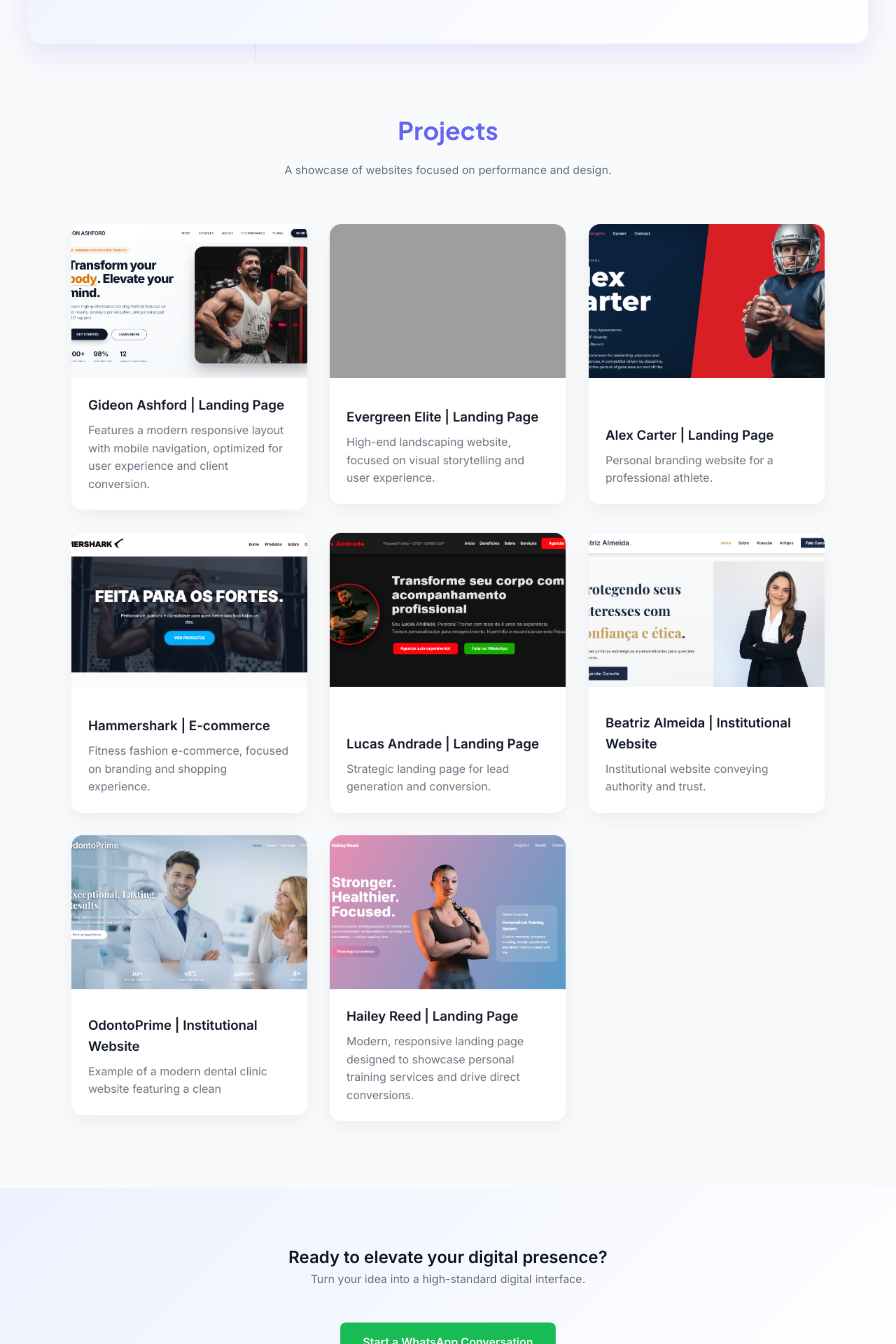
Repository: davidfsillva/portifolio
Page: index.html
An editor plug-in stored every save of this project. The page is shown before and after the next save, followed by the edit.
The browser window is 1280 px wide. The pictures show the part of the page from y = 1163 to 3083 px (the page is 3385 px tall), at 70% of full size.
Pictures or frames that could not be fetched are drawn as grey boxes.

Above is the page before, as saved 2026-02-18 21:26:01.
Console error: TypeError: Cannot read properties of null (reading 'addEventListener')

### index.html
<!DOCTYPE html>
<html lang="en">
<head>
    <meta charset="UTF-8">
    <meta name="viewport" content="width=device-width, initial-scale=1.0">

    <title>David Ferreira | Front-end Developer & Premium UI Designer</title>

    <!-- Primary SEO -->
    <meta name="description" content="David Ferreira is a front-end developer specialized in premium interfaces, high-conversion landing pages, and modern digital experiences.">
    <meta name="keywords" content="Front-end Developer, Web Designer, UI Designer, Landing Page, Web Development, Freelancer Brazil">
    <meta name="author" content="David Ferreira">
    <meta name="robots" content="index, follow">
    <link rel="canonical" href="https://davidfsillva.github.io/portifolio/">

    <!-- Open Graph (Facebook, LinkedIn) -->
    <meta property="og:title" content="David Ferreira | Premium Front-end Developer">
    <meta property="og:description" content="High-standard digital interfaces focused on performance and conversion.">
    <meta property="og:image" content="https://yourdomain.com/preview.jpg">
    <meta property="og:url" content="https://davidfsillva.github.io/portifolio/">
    <meta property="og:type" content="website">

    <!-- Twitter Card -->
    <meta name="twitter:card" content="summary_large_image">
    <meta name="twitter:title" content="David Ferreira | Web Developer">
    <meta name="twitter:description" content="Premium web development focused on performance and modern design.">
    <meta name="twitter:image" content="https://yourdomain.com/preview.jpg">

    <!-- Favicon -->
    <link rel="icon" href="img/icon.png" type="image/x-icon">

    <!-- Fonts -->
    <link href="https://fonts.googleapis.com/css2?family=Inter:wght@300;400;600&family=Plus+Jakarta+Sans:wght@700;800&display=swap" rel="stylesheet">

    <!-- Font Awesome -->
    <link rel="stylesheet" href="https://cdnjs.cloudflare.com/ajax/libs/font-awesome/6.5.0/css/all.min.css" integrity="sha512-..." crossorigin="anonymous" referrerpolicy="no-referrer" />

    <link rel="stylesheet" href="style.css">
</head>

<body>

    <!-- NAVBAR -->
    <nav class="navbar">
        <div class="logo"><a href="#">David | Web Developer<span>.</span></a></div>

        <ul class="nav-links">
            <li><a href="#about">About</a></li>
            <li><a href="#portfolio">Projects</a></li>
            <li><a href="#contact" class="btn-sm">Contact</a></li>
        </ul>
    </nav>

    <!-- HERO -->
    <section class="hero">
        <div class="hero-content">
            <h1>Creating high-level digital <span> with code experiences</span></h1>
            <p>Front-end developer specialized in high-standard interfaces and landing pages focused on results.</p>
            <div class="hero-btns">
                <a href="#portfolio" class="btn-primary">See Projects</a>
                <a href="#contact" class="btn-secondary">Let's Talk</a>
            </div>
        </div>
        <div class="hero-visual">
            <div class="hero-glow"></div>
        </div>
    </section>

    <!-- ABOUT -->
    <section id="about" class="section">
        <h2>About Me</h2>
        <p>I'm David Ferreira, a Front-end developer focused on creating modern, functional websites with premium interfaces. I work with HTML, CSS, JavaScript, and React, prioritizing performance, design, and user experience.</p>
        <p>My goal is to help businesses and professionals stand out digitally through websites that convey trust and deliver real results.</p>
    </section>

    <!-- PORTFOLIO -->
    <section id="portfolio" class="portfolio">
        <div class="section-header">
            <h2>Projects</h2>
            <p>A showcase of websites focused on performance and design.</p>
        </div>
        <div class="portfolio-grid">

                                    <!--Project 8-->
            <a href="https://davidfsillva.github.io/Gideon-Ashford/" target="_blank" class="project-link">
                <div class="project-card">
                    <div class="card-image">
                        <img src="img/gideon.png" alt="Gideon Ashford">
                        <div class="card-overlay"><span>View Details</span></div>
                    </div>
                    <div class="card-info">
                        <h3>Gideon Ashford | Landing Page</h3>
                        <p>Features a modern responsive layout with mobile navigation, optimized for user experience and client conversion.</p>
                    </div>
                </div>
            </a>

            <!-- Project 6 -->
            <a href="https://davidfsillva.github.io/Evergreen-Elite-Landscaping/" target="_blank" class="project-link">
                <div class="project-card">
                    <div class="card-image">
                        <img src="img/lndg.png" alt="Alex Carter Project">
                        <div class="card-overlay"><span>View Details</span></div>
                    </div>
                    <div class="card-info">
                        <h3>Evergreen Elite | Landing Page</h3>
                        <p>High-end landscaping website, focused on visual storytelling and user experience.</p>
                    </div>
                </div>
            </a>

            <!-- Project 1 -->
            <a href="https://davidfsillva.github.io/Alex-Carter/" target="_blank" class="project-link">
                <div class="project-card">
                    <div class="card-image">
                        <img src="img/alex.png" alt="Alex Carter Project">
                        <div class="card-overlay"><span>View Details</span></div>
                    </div>
                    <div class="card-info">
                        <h3>Alex Carter | Landing Page</h3>
                        <p>Personal branding website for a professional athlete.</p>
                    </div>
                </div>
            </a>

            <!-- Project 2 -->
            <a href="https://davidfsillva.github.io/e-hammershark/" target="_blank" class="project-link">
                <div class="project-card">
                    <div class="card-image">
                        <img src="img/ecomerce.png" alt="Hammershark Project">
                        <div class="card-overlay"><span>View Details</span></div>
                    </div>
                    <div class="card-info">
                        <h3>Hammershark | E-commerce</h3>
                        <p>Fitness fashion e-commerce, focused on branding and shopping experience.</p>
                    </div>
                </div>
            </a>

            <!-- Project 3 -->
            <a href="https://davidfsillva.github.io/landing-page/" target="_blank" class="project-link">
                <div class="project-card">
                    <div class="card-image">
                        <img src="img/landingpage.png" alt="Landing Page Project">
                        <div class="card-overlay"><span>View Details</span></div>
                    </div>
                    <div class="card-info">
                        <h3>Lucas Andrade | Landing Page</h3>
                        <p>Strategic landing page for lead generation and conversion.</p>
                    </div>
                </div>
            </a>

            <!-- Project 4 -->
            <a href="https://davidfsillva.github.io/beatriz-almeida-adv/" target="_blank" class="project-link">
                <div class="project-card">
                    <div class="card-image">
                        <img src="img/adv.png" alt="Beatriz Almeida Law Firm Project">
                        <div class="card-overlay"><span>View Details</span></div>
                    </div>
                    <div class="card-info">
                        <h3>Beatriz Almeida | Institutional Website</h3>
                        <p>Institutional website conveying authority and trust.</p>
                    </div>
                </div>
            </a>

                        <!-- Project 7 -->
            <a href="https://davidfsillva.github.io/OdontoPrime/" target="_blank" class="project-link">
                <div class="project-card">
                    <div class="card-image">
                        <img src="img/odonto.png" alt="Beatriz Almeida Law Firm Project">
                        <div class="card-overlay"><span>View Details</span></div>
                    </div>
                    <div class="card-info">
                        <h3>OdontoPrime | Institutional Website</h3>
                        <p>Example of a modern dental clinic website featuring a clean</p>
                    </div>
                </div>
            </a>

            <!-- Project 5 -->
            <a href="https://davidfsillva.github.io/Hailey-Reed-Coaching/" target="_blank" class="project-link">
                <div class="project-card">
                    <div class="card-image">
                        <img src="img/Hailey.png" alt="Beatriz Almeida Law Firm Project">
                        <div class="card-overlay"><span>View Details</span></div>
                    </div>
                    <div class="card-info">
                        <h3>Hailey Reed | Landing Page </h3>
                        <p>Modern, responsive landing page designed to showcase personal training services and drive direct conversions.</p>
                    </div>
                </div>
            </a>
        </div>
    </section>

    <!-- CTA / CONTACT -->
    <section id="contact" class="cta-section">
        <h2>Ready to elevate your digital presence?</h2>
        <p>Turn your idea into a high-standard digital interface.</p>
        <a href="https://wa.me/5511990242453" target="_blank" class="btn-whatsapp">Start a WhatsApp Conversation</a>
    </section>

    <!-- FOOTER -->
    <footer>
        <div class="footer-content">
            <p>&copy; 2026 David Ferreira. All rights reserved.</p>
            <div class="social-links">
                <a href="mailto:davidfsillva@icloud.com" target="_blank" rel="noopener noreferrer"><i class="fa-solid fa-envelope"></i></a>
                <a href="https://www.instagram.com/david_websites?igsh=MWdmZWJ3MW80N3JsNQ==" target="_blank" rel="noopener noreferrer"><i class="fa-brands fa-instagram"></i></a>
            </div>
        </div>
    </footer>

    <script src="scripts.js"></script>
</body>
</html>

### style.css
:root {
  --primary: #6366f1;
  --primary-light: #818cf8;
  --accent: #a855f7;
  --text-dark: #111827;
  --text-light: #6b7280;
  --bg-light: #f9fafb;
  --white: #ffffff;
  --transition: all 0.3s ease;
}

/* RESET */
* {
  margin: 0;
  padding: 0;
  box-sizing: border-box;
}

html {
  scroll-behavior: smooth;   /* já tinha */
  scroll-padding-top: 70px; /* ajuste esse valor para altura da navbar */
}


body {
  font-family: 'Inter', sans-serif;
  background: var(--bg-light);
  color: var(--text-dark);
  line-height: 1.6;
  animation: fadePage 0.8s ease-in-out;
}

@keyframes fadePage {
  from { opacity: 0; transform: translateY(10px); }
  to { opacity: 1; transform: translateY(0); }
}

/* NAVBAR */
.navbar {
  position: fixed;
  width: 100%;
  top: 0;
  padding: 1.5rem 8%;
  display: flex;
  justify-content: space-between;
  align-items: center;
  background: rgba(255,255,255,0.85);
  backdrop-filter: blur(12px);
  box-shadow: 0 4px 20px rgba(0,0,0,0.05);
  z-index: 1000;
  transition: var(--transition);
}

.logo {
  font-family: 'Plus Jakarta Sans', sans-serif;
  font-weight: 800;
  font-size: 1.4rem;
}

.logo a {
  text-decoration: none;   /* remove o sublinhado */
  color: var(--text-dark); /* cor principal da logo */
  font-weight: 800;
  font-size: 1.5rem;
}

.logo a span {
  color: var(--primary);   /* deixa apenas o ponto colorido */
}


.logo span {
  color: var(--primary);
}

.nav-links {
  display: flex;
  list-style: none;
  gap: 2rem;
}

.nav-links a {
  text-decoration: none;
  color: var(--text-light);
  font-weight: 500;
  transition: var(--transition);
}

.nav-links a:hover {
  color: var(--primary);
  transform: translateY(-2px);
}

/* HERO */
.hero {
  min-height: 100vh;
  padding: 120px 8% 80px; /* aumentei de 60px para 80px */
  display: flex;
  align-items: center;
  justify-content: space-between;
  background: linear-gradient(135deg, #eef2ff, #ffffff);
  flex-wrap: wrap;
}

.hero-content {
  max-width: 600px;
  animation: heroFade 1s ease 0.2s both;
}

@keyframes heroFade {
  from { opacity: 0; transform: translateY(40px); }
  to { opacity: 1; transform: translateY(0); }
}

.badge {
  display: inline-block;
  padding: 0.5rem 1rem;
  background: rgba(99,102,241,0.1);
  color: var(--primary);
  border-radius: 20px;
  font-size: 0.8rem;
  font-weight: 600;
  margin-bottom: 1.5rem;
}

.hero h1 {
  font-family: 'Plus Jakarta Sans', sans-serif;
  font-size: clamp(2rem, 5vw, 3.5rem);
  line-height: 1.2;
  margin-bottom: 1.5rem;
}

.hero h1 span {
  background: linear-gradient(90deg, var(--primary), var(--accent));
  -webkit-background-clip: text;
  -webkit-text-fill-color: transparent;
}

.hero p {
  font-size: 1.1rem;
  color: var(--text-light);
  margin-bottom: 2rem;
}

/* BUTTONS */
.btn-primary,
.btn-secondary,
.btn-whatsapp {
  display: inline-block;
  padding: 0.9rem 2rem;
  border-radius: 8px;
  text-decoration: none;
  font-weight: 600;
  transition: all 0.3s ease;
  position: relative;
  overflow: hidden;
}

.btn-primary {
  background: linear-gradient(90deg, var(--primary), var(--accent));
  color: white;
  box-shadow: 0 10px 25px rgba(99,102,241,0.3);
}

.btn-primary:hover {
  transform: translateY(-4px) scale(1.03);
}

.btn-primary:active {
  transform: scale(0.96);
}

.btn-primary::after {
  content: "";
  position: absolute;
  width: 200%;
  height: 200%;
  background: radial-gradient(circle, rgba(255,255,255,0.4), transparent 60%);
  top: -50%;
  left: -50%;
  opacity: 0;
  transition: opacity 0.4s ease;
}

.btn-primary:hover::after {
  opacity: 1;
}

.btn-secondary {
  border: 1px solid #e5e7eb;
  color: var(--text-dark);
  margin-left: 1rem;
  box-shadow: 0 5px 25px rgba(99,102,241,0.3);

}

.btn-secondary:hover {
  background: #f3f4f6;
  transform: translateY(-4px);
}

.btn-secondary:active {
  transform: scale(0.96);
}

.btn-whatsapp {
  background: linear-gradient(90deg, #25d366, #1ebe57);
  color: white;
  padding: 1rem 2rem;
  border-radius: 8px;
  font-weight: 600;
  transition: var(--transition);
}

.btn-whatsapp:hover {
  transform: translateY(-3px) scale(1.03);
  box-shadow: 0 8px 20px rgba(37,211,102,0.4);
}

.btn-whatsapp:active {
  transform: scale(0.96);
}

.hero-btns {
  display: flex;
  flex-wrap: wrap;
}

#about {
  text-align: center;
  max-width: 1200px;
  margin: 4rem auto 0; /* adiciona mais distância do Hero */
  padding: 6rem 8%;
  background: linear-gradient(135deg, #eef2ff 0%, #ffffff 100%);
  border-radius: 20px;
  box-shadow: 0 15px 40px rgba(99,102,241,0.15);
  position: relative;
  overflow: hidden;
}

#about::before {
  content: "";
  position: absolute;
  width: 200px;
  height: 200px;
  background: radial-gradient(circle, rgba(163,155,253,0.2), transparent 70%);
  top: -50px;
  right: -50px;
  border-radius: 50%;
  z-index: 0;
  animation: pulseGlow 6s infinite ease-in-out;
}

#about h2 {
  font-family: 'Plus Jakarta Sans', sans-serif;
  font-size: clamp(2rem, 4vw, 2.5rem);
  margin-bottom: 2rem;
  position: relative;
  z-index: 1;
  background: linear-gradient(90deg, var(--primary), var(--accent));
  -webkit-background-clip: text;
  -webkit-text-fill-color: transparent;
}

#about p {
  font-size: 1.05rem;
  line-height: 1.9;
  color: var(--text-dark);
  margin-bottom: 1.8rem;
  position: relative;
  z-index: 1;
  opacity: 0;
  transform: translateY(20px);
  animation: fadeUp 1s forwards;
  animation-delay: 0.3s;
}

/* Animação suave */
@keyframes fadeUp {
  to {
    opacity: 1;
    transform: translateY(0);
  }
}



/* HERO VISUAL */
.hero-visual {
  flex: 1;
  min-height: 400px;
  display: flex;
  justify-content: center;
  align-items: center;
}

.hero-glow {
  width: 380px;
  height: 380px;
  background: url('img/dashboard.png') no-repeat center center;
  background-size: contain;
  animation: float-rotate 8s ease-in-out infinite;
}

@keyframes float-rotate {
  0%   { transform: translateY(0px) rotate(0deg); }
  50%  { transform: translateY(-10px) rotate(3deg); }
  100% { transform: translateY(0px) rotate(0deg); }
}

/* PORTFOLIO */
.portfolio {
  padding: 6rem 8%;
}

.section-header {
  text-align: center;
  margin-bottom: 4rem;
}

.section-header h2 {
  font-family: 'Plus Jakarta Sans', sans-serif;
  font-size: 2.2rem;
  margin-bottom: 1rem;
  color: var(--primary)
}

.section-header p {
  color: var(--text-light);
}

.portfolio-grid {
  display: grid;
  grid-template-columns: repeat(auto-fit, minmax(280px, 1fr));
  gap: 2rem;
}

.project-card {
  display: flex;
  flex-direction: column;
  justify-content: space-between; /* força a separação entre imagem e texto */
  background: var(--white);
  border-radius: 16px;
  overflow: hidden;
  box-shadow: 0 10px 30px rgba(0,0,0,0.06);
  cursor: pointer;
  transition: transform 0.4s ease, box-shadow 0.4s ease;
  will-change: transform;

  min-height: 400px; /* define altura mínima igual para todos */
}


.project-card:hover {
  transform: translateY(-12px) scale(1.03);
  box-shadow: 0 25px 50px rgba(99,102,241,0.2);
}

.card-image {
  position: relative;
  overflow: hidden;
}

.card-image img {
  width: 100%;
  height: 220px;
  object-fit: cover;
  display: block;
  transition: transform 0.6s ease;
}

.project-card:hover .card-image img {
  transform: scale(1.08);
}

.card-overlay {
  position: absolute;
  inset: 0;
  background: rgba(99, 101, 241, 0.288);
  display: flex;
  justify-content: center;
  align-items: center;
  color: white;
  font-weight: 600;
  opacity: 0;
  transition: opacity 0.4s ease;
}

.project-card:hover .card-overlay {
  opacity: 1;
}

.card-info {
  padding: 1.5rem;
}

.card-info h3 {
  margin-bottom: 0.5rem;
}

.card-info p {
  color: var(--text-light);
}

.project-link {
  text-decoration: none;
  color: inherit;
  display: block;
}


/* CTA */
.cta-section {
  padding: 5rem 8%;
  text-align: center;
  background: linear-gradient(135deg, #eef2ff, #ffffff);
}

/* FOOTER */
footer {
  padding: 3rem 5%;
  background: #111827; /* leve gradiente */
  border-top: 1px solid rgba(99,102,241,0.2); /* linha discreta */
  text-align: center;
  border-radius: 20px 20px 0 0;
  box-shadow: 0 -4px 20px rgba(99,102,241,0.05);
}

.footer-content {
  display: flex;
  flex-direction: column;
  align-items: center;
  gap: 1.5rem; /* aumenta espaço entre elementos */
}

.footer-content p {
  color: var(--bg-light);
  font-weight: 450;
  font-size: 1rem;
}

.social-links {
  display: flex;
  gap: 1rem; /* distância entre ícones */
}

.social-links a {
  color: var(--bg-light);
  padding: 0.6rem;
  border-radius: 30%; /* círculo perfeito */
  font-size: 1.4rem;
  display: flex;
  justify-content: center;
  align-items: center;
  transition: all 0.3s ease;
  text-decoration: none;
}

.social-links a:hover {
  transform: translateY(-3px) scale(1.1);
  color: var(--bg-light);
}


.cta-section p {
  color: var(--text-light);
  margin-bottom: 2.5rem; /* aumenta espaço abaixo do texto */
}

.btn-whatsapp {
  display: inline-block;
  background: #18bb54;
  color: white;
  padding: 1rem 2rem;
  border-radius: 8px;
  text-decoration: none;
  font-weight: 600;
  transition: var(--transition);
  margin-top: 0.5rem; /* pequeno respiro extra */
}


/* MODAL */
.modal-overlay {
  position: fixed;
  inset: 0;
  background: rgba(0,0,0,0.6);
  display: none;
  justify-content: center;
  align-items: center;
  padding: 2rem;
  z-index: 2000;
}

.modal-content {
  background: white;
  width: 100%;
  max-width: 900px;
  border-radius: 20px;
  overflow: hidden;
  animation: modalZoom 0.4s cubic-bezier(.23,1,.32,1);
  position: relative;
}

@keyframes modalZoom {
  from { opacity: 0; transform: scale(0.85) translateY(20px); }
  to { opacity: 1; transform: scale(1) translateY(0); }
}

.modal-body {
  display: grid;
  grid-template-columns: 1fr 1fr;
}

.modal-img {
  min-height: 300px;
  background-size: cover !important;
}

.modal-text {
  padding: 2rem;
}

.close-modal {
  position: absolute;
  top: 20px;
  right: 25px;
  background: none;
  border: none;
  font-size: 2rem;
  cursor: pointer;
  transition: transform 0.3s ease;
}

.close-modal:hover {
  transform: rotate(90deg);
}

/* RESPONSIVO */
/* =====================
   RESPONSIVIDADE
===================== */

/* Para telas até 900px */
@media (max-width: 900px) {
  html, body {
    overflow-x: hidden; /* remove rolagem lateral */
  }

  .hero {
    flex-direction: column;
    text-align: center;
    padding: 100px 5% 60px; /* garante espaçamento interno */
    width: 100%; /* força largura total */
  }

  .hero-left,
  .hero-right,
  .hero-visual {
    width: 100%;
    max-width: 100%;
    margin: 0 auto; /* centraliza horizontalmente */
  }

  .hero-btns {
    display: flex;
    justify-content: center;
    align-items: center;
    gap: 1rem;
    flex-wrap: wrap;
    margin: 0 auto;
  }

  .hero-btns a {
    margin: 0; /* remove margens extras que possam deslocar os botões */
  }

  .portfolio,
  .cta-section {
    padding: 4rem 5%;
    width: 100%;
    max-width: 100%;
    margin: 0 auto;
  }
}

/* Para telas até 600px */
@media (max-width: 600px) {
  html, body {
    overflow-x: hidden; /* garante sem scroll lateral */
  }

  .navbar {
    padding: 1rem 5%;
    width: 100%;
    max-width: 100%;
    margin: 0 auto;
  }

  .nav-links {
    display: none;
  }

  .hero {
    padding: 80px 5% 40px;
    width: 100%;
  }

  .hero-btns {
    justify-content: center;
    gap: 1rem;
    flex-wrap: wrap;
  }

  .portfolio,
  .cta-section {
    padding: 3rem 5%;
  }

  footer {
    padding: 2rem 5%;
    width: 100%;
  }

  .footer-content {
    flex-direction: column;
    text-align: center;
    width: 100%;
  }

  .social-links a {
    margin: 0 0.5rem;
  }

  /* imagens e vídeos dentro do hero */
  .hero img,
  .hero video {
    max-width: 100%;
    height: auto;
    display: block;
    margin: 0 auto;
  }
}

Loaded but not shown: scripts.js (103 lines, source omitted)

After the next save:
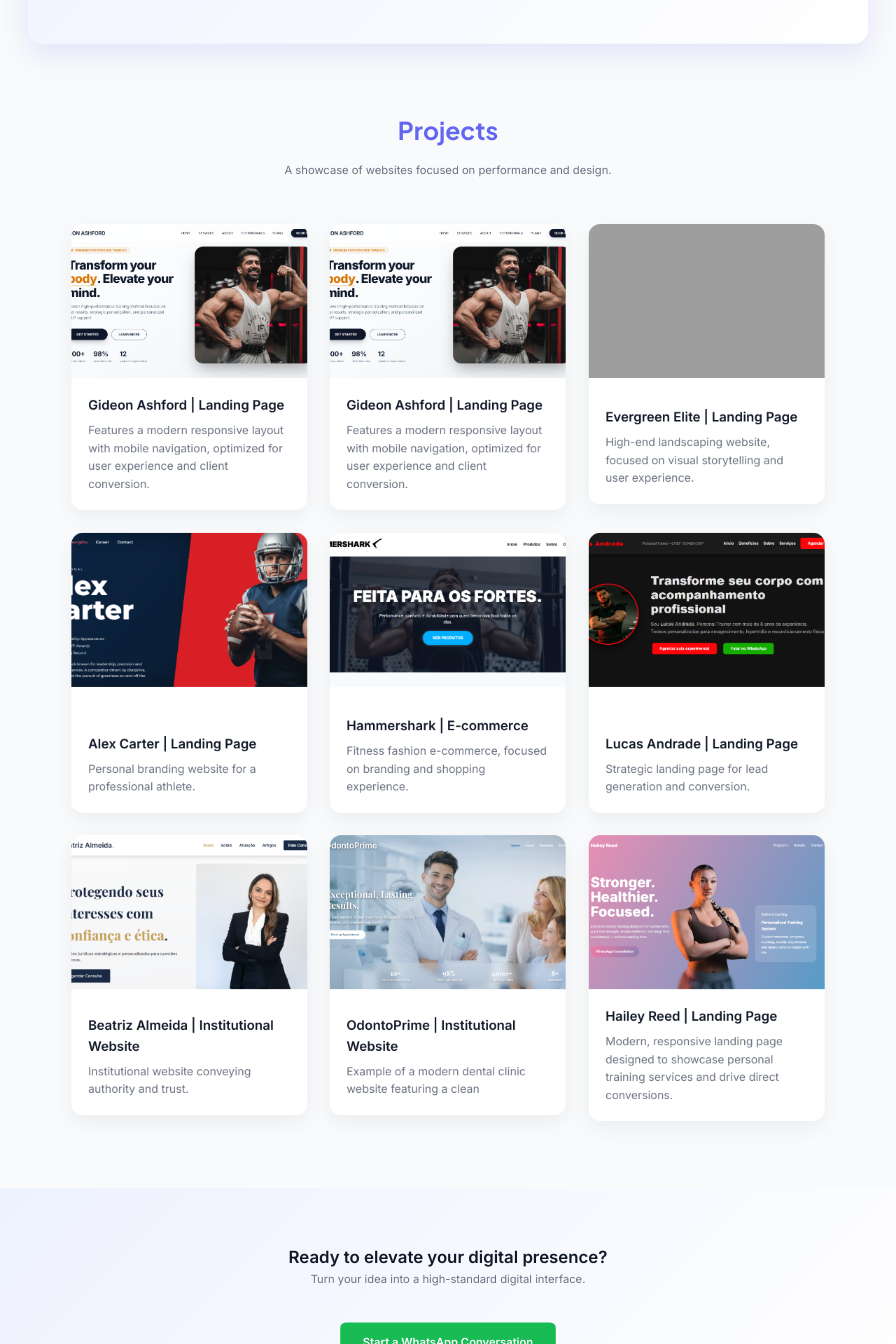
Saved 19 h 16 min later.
--- a/index.html
+++ b/index.html
@@ -81,6 +81,20 @@
         </div>
         <div class="portfolio-grid">
 
+                                                <!--Project 8-->
+            <a href="https://davidfsillva.github.io/Gideon-Ashford/" target="_blank" class="project-link">
+                <div class="project-card">
+                    <div class="card-image">
+                        <img src="img/gideon.png" alt="Gideon Ashford">
+                        <div class="card-overlay"><span>View Details</span></div>
+                    </div>
+                    <div class="card-info">
+                        <h3>Gideon Ashford | Landing Page</h3>
+                        <p>Features a modern responsive layout with mobile navigation, optimized for user experience and client conversion.</p>
+                    </div>
+                </div>
+            </a>
+
                                     <!--Project 8-->
             <a href="https://davidfsillva.github.io/Gideon-Ashford/" target="_blank" class="project-link">
                 <div class="project-card">
